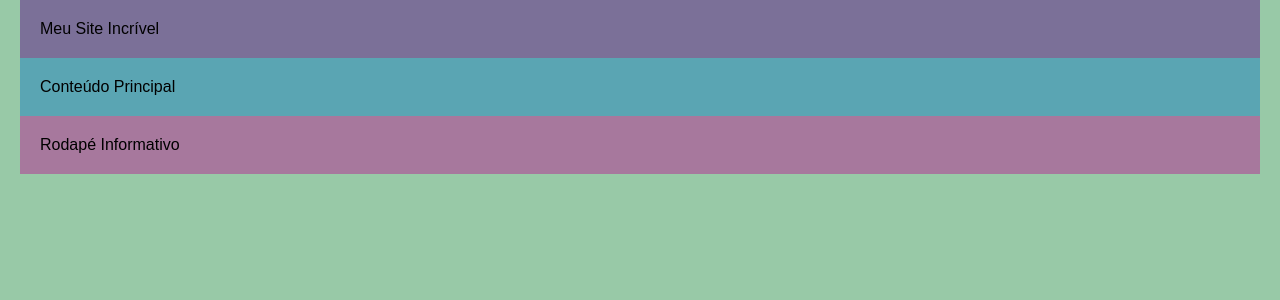
Repository: douglasabnovato/model-lp
Page: index.html
These files come from the project's save history. The page is drawn as it stood at one moment and after the next save; the edit follows.
The browser window is 1280 px wide. The pictures show the whole page.

Above is the page before, as saved 2025-02-24 16:41:15.

### index.html
<!DOCTYPE html>
<html lang="pt-br">
<head>
  <meta charset="UTF-8">
  <meta name="viewport" content="width=device-width, initial-scale=1.0">
  <title>Filmes Épicos</title>
  <link rel="stylesheet" type="text/css" href="./style.css" />
</head>
<body>
  <header>Meu Site Incrível</header>
  <main>Conteúdo Principal</main>
  <footer>Rodapé Informativo</footer>
</body>
</html>

### style.css
/* Estilos base para mobile */
body {
  font-family: Arial, sans-serif;
  margin: 0;
  background-color: #65691c77;
}

header,
main,
footer {
  padding: 20px;
}

header{
    background-color: #5b0a8777;
}

main {
    background-color: #157bc077;
}

footer {
    background-color: #b81b9377;
}

/* Media Query para telas maiores */
@media (min-width: 768px) {
  body {
    background-color: #238d4377;
  }

  header,
  main,
  footer {
    max-width: 1200px;
    margin: 0 auto;
  }
}

After the next save:
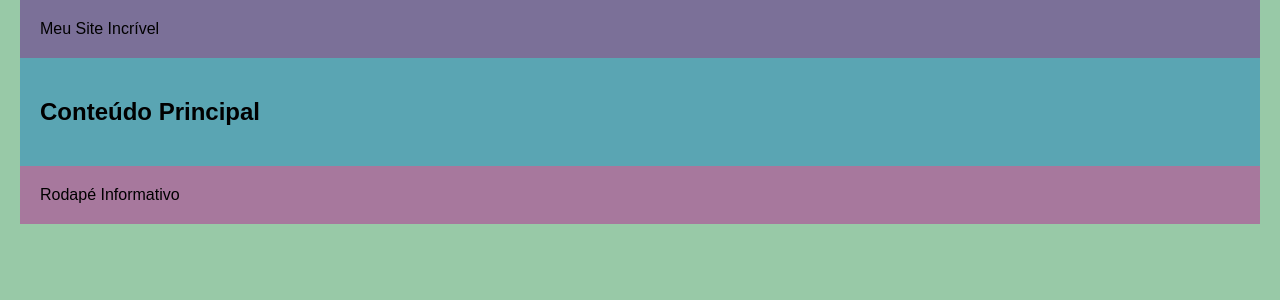
Saved 116 s later.
--- a/index.html
+++ b/index.html
@@ -1,14 +1,17 @@
 <!DOCTYPE html>
 <html lang="pt-br">
-<head>
-  <meta charset="UTF-8">
-  <meta name="viewport" content="width=device-width, initial-scale=1.0">
-  <title>Filmes Épicos</title>
-  <link rel="stylesheet" type="text/css" href="./style.css" />
-</head>
-<body>
-  <header>Meu Site Incrível</header>
-  <main>Conteúdo Principal</main>
-  <footer>Rodapé Informativo</footer>
-</body>
+  <head>
+    <meta charset="UTF-8" />
+    <meta name="viewport" content="width=device-width, initial-scale=1.0" />
+    <title>Filmes Épicos</title>
+    <link rel="stylesheet" type="text/css" href="./style.css" />
+  </head>
+  <body>
+    <header>Meu Site Incrível</header>
+    <main>
+        <h2>Conteúdo Principal</h2>
+
+    </main>
+    <footer>Rodapé Informativo</footer>
+  </body>
 </html>
